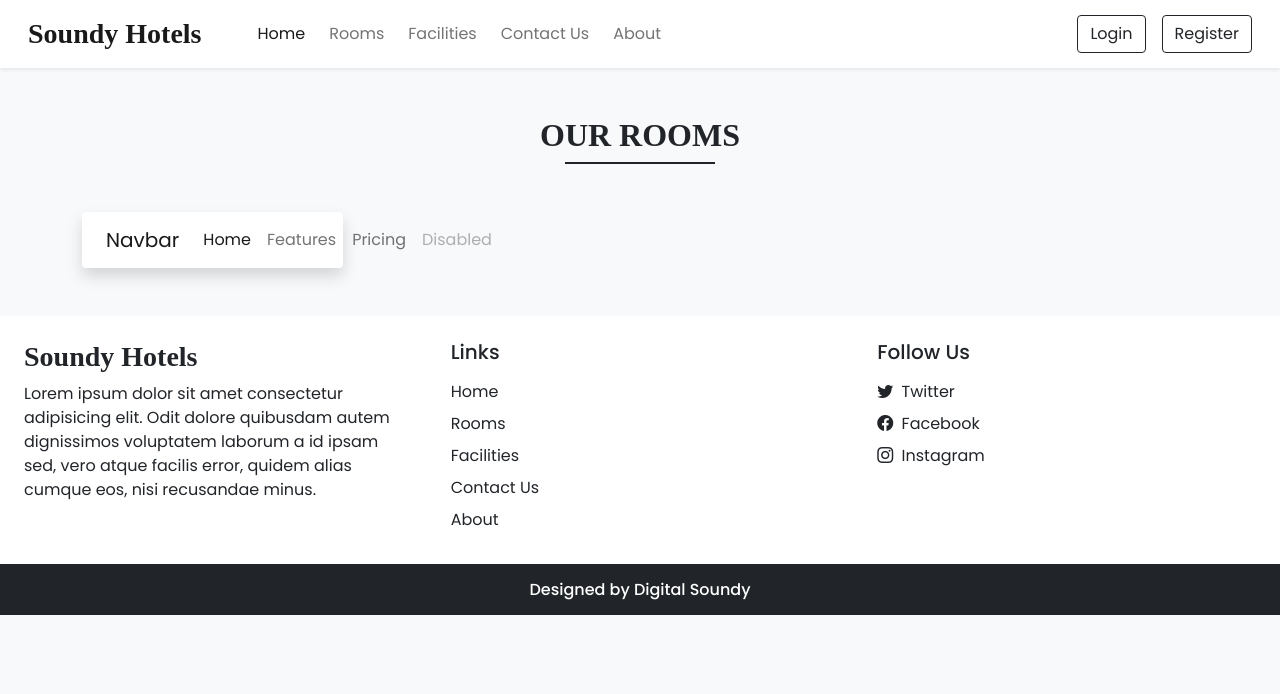
Repository: spencersoundy/Hotel-Booking-App
Page: http://localhost/rooms.php
The author's editor kept a copy of each file at every save. The page is drawn from the files as they stood at one save, then again after a run of saves.
The browser window is 1280 px wide. The pictures show the whole page.
Some web fonts or font styles are not loaded; a fallback is used. The page is run by PHP 8.4 with error messages shown; the project is at /var/www/html/.

Above is the page before, as saved 2023-08-05 00:29:14.

### rooms.php
<!DOCTYPE html>
<html lang="en">
<head>
    <meta charset="UTF-8">
    <meta http-equiv="X-UA-Compatible" content="IE=edge">
    <meta name="viewport" content="width=device-width, initial-scale=1.0">
    <title>Soundy Hotels - CONTACT</title>
    <?php require('inc/links.php') ?>
</head>
<body class="bg-light">

<?php require('inc/header.php') ?>

<div class="my-5 px-4">
    <h2 class="fw-bold h-font text-center">OUR ROOMS</h2>
    <div class="h-line bg-dark"></div>
</div>

<div class="container">
    <div class="row">

       <div class="col-lg-3">
        <nav class="navbar navbar-expand-lg navbar-light bg-white rounded shadow">
            <div class="container-fluid">
                <a class="navbar-brand" href="#">Navbar</a>
                <button class="navbar-toggler" type="button" data-bs-toggle="collapse" data-bs-target="#navbarNav" aria-controls="navbarNav" aria-expanded="false" aria-label="Toggle navigation">
                <span class="navbar-toggler-icon"></span>
                </button>
                <div class="collapse navbar-collapse" id="navbarNav">
                <ul class="navbar-nav">
                    <li class="nav-item">
                    <a class="nav-link active" aria-current="page" href="#">Home</a>
                    </li>
                    <li class="nav-item">
                    <a class="nav-link" href="#">Features</a>
                    </li>
                    <li class="nav-item">
                    <a class="nav-link" href="#">Pricing</a>
                    </li>
                    <li class="nav-item">
                    <a class="nav-link disabled">Disabled</a>
                    </li>
                </ul>
                </div>
            </div>
        </nav>
       </div>

    </div>
</div>

<?php require('inc/footer.php')?>

</body>
</html>

### inc/links.php
<link href="https://cdn.jsdelivr.net/npm/bootstrap@5.0.2/dist/css/bootstrap.min.css" rel="stylesheet" integrity="sha384-EVSTQN3/azprG1Anm3QDgpJLIm9Nao0Yz1ztcQTwFspd3yD65VohhpuuCOmLASjC" crossorigin="anonymous">
<link href="https://fonts.googleapis.com/css2?family=Merienda:wght@400;700&family=Poppins:wght@400;500;600&display=swap" rel="stylesheet">
<link rel="stylesheet" href="https://cdn.jsdelivr.net/npm/bootstrap-icons@1.10.5/font/bootstrap-icons.css">
<link rel="stylesheet" href="css/common.css"/>

### inc/header.php
<nav class="navbar navbar-expand-lg navbar-light bg-white px-lg-3 py-lg-2 shadow-sm sticky-top">
    <div class="container-fluid">
        <a class="navbar-brand me-5 fw-bold fs-3 h-font" href="index.php">Soundy Hotels</a>
        <button class="navbar-toggler shadow-none" type="button" data-bs-toggle="collapse" data-bs-target="#navbarSupportedContent" aria-controls="navbarSupportedContent" aria-expanded="false" aria-label="Toggle navigation">
        <span class="navbar-toggler-icon"></span>
        </button>
        <div class="collapse navbar-collapse" id="navbarSupportedContent">
        <ul class="navbar-nav me-auto mb-2 mb-lg-0">
            <li class="nav-item">
            <a class="nav-link active me-2" aria-current="page" href="index.php">Home</a>
            </li>
            <li class="nav-item">
            <a class="nav-link me-2" href="rooms.php">Rooms</a>
            </li>
            <li class="nav-item">
            <a class="nav-link me-2" href="facilities.php">Facilities</a>
            </li><li class="nav-item">
            <a class="nav-link me-2" href="contact.php">Contact Us</a>
            </li><li class="nav-item">
            <a class="nav-link" href="about.php">About</a>
            </li>
        </ul>
        <div class="d-flex">
            <button type="button" class="btn btn-outline-dark shadow-none me-lg-3 me-2" data-bs-toggle="modal" data-bs-target="#loginModal">
                Login
            </button>
            <button type="button" class="btn btn-outline-dark shadow-none" data-bs-toggle="modal" data-bs-target="#registerModal">
                Register
            </button>
        </div>
        </div>
    </div>
    </nav>

    <div class="modal fade" id="loginModal" data-bs-backdrop="static" data-bs-keyboard="false" tabindex="-1" aria-labelledby="staticBackdropLabel" aria-hidden="true">
        <div class="modal-dialog">
            <div class="modal-content">
                <form>
                    <div class="modal-header">
                        <h5 class="modal-title d-flex align-items-center">
                            <i class="bi bi-person-circle fs-3 me-2"></i> User Login
                        </h5>
                        <button type="reset" class="btn-close shadow-none" data-bs-dismiss="modal" aria-label="Close"></button>
                    </div>
                    <div class="modal-body">
                    <div class="mb-3">
                        <label class="form-label">Email address</label>
                        <input type="email" class="form-control shadow-none">
                    </div>
                    <div class="mb-4">
                        <label class="form-label">Password</label>
                        <input type="password" class="form-control shadow-none">
                    </div>
                        <div class="d-flex align-items-center justify-content-between mb-2">
                            <button type="submit" class="btn btn-dark shadow-none">LOGIN</button>
                            <a href="javascript: void(0)" class="text-secondary text-decoration-none">Forgot Password?</a>
                        </div>
                    </div>
                </form>
            </div>
        </div>
    </div>

    <div class="modal fade" id="registerModal" data-bs-backdrop="static" data-bs-keyboard="false" tabindex="-1" aria-labelledby="staticBackdropLabel" aria-hidden="true">
        <div class="modal-dialog modal-lg">
            <div class="modal-content">
                <form>
            <div class="modal-header">
                <h5 class="modal-title d-fle align-items-center">
                    <i class="bi bi-person-lines-fill fs-3 me-2"></i> User Registration
                </h5>
                <button type="reset" class="btn-close shadow-none" data-bs-dismiss="modal" aria-label="Close"></button>
            </div>
            <div class="modal-body">
                <span class="badge rounded-pill bg-light text-dark mb-3 text-wrap lh-base">
                    Note: Your details must match with your ID (ID book/card, passport, drivers license, etc.)
                    that will be required during check-in.
                </span>
                <div class="container-fluid">
                    <div class="row">
                        <div class="col-md-6 ps-0 mb-3">
                            <label class="form-label">Name</label>
                            <input type="text" class="form-control shadow-none">
                        </div>
                        <div class="col-md-6 p-0 mb-3">
                            <label class="form-label">Email</label>
                            <input type="email" class="form-control shadow-none">
                        </div>
                        <div class="col-md-6 ps-0 mb-3">
                            <label class="form-label">Phone Number</label>
                            <input type="number" class="form-control shadow-none">
                        </div>
                        <div class="col-md-6 p-0 mb-3">
                            <label class="form-label">Picture</label>
                            <input type="file" class="form-control shadow-none">
                        </div>
                        <div class="col-md-12 p-0 mb-3">
                            <label class="form-label">Address</label>
                            <textarea class="form-control shadow-none" rows="1"></textarea>
                        </div>
                        <div class="col-md-6 ps-0 mb-3">
                            <label class="form-label">Pincode</label>
                            <input type="number" class="form-control shadow-none">
                        </div>
                        <div class="col-md-6 p-0 mb-3">
                            <label class="form-label">Date of birth</label>
                            <input type="date" class="form-control shadow-none">
                        </div>
                        <div class="col-md-6 ps-0 mb-3">
                            <label class="form-label">Password</label>
                            <input type="password" class="form-control shadow-none">
                        </div>
                        <div class="col-md-6 p-0 mb-3">
                            <label class="form-label">Confirm Password</label>
                            <input type="password" class="form-control shadow-none">
                        </div>
                    </div>
                </div>
                <div class="text-center my-1">
                    <button type="submit" class="btn btn-dark shadow-none">REGISTER</button>
                </div>
            </div>
            </form>
            </div>
  </div>
</div>

### inc/footer.php
<div class="container-fluid bg-white mt-5">

        <div class="row">
            <div class="col-lg-4 p-4">
                <h3 class="h-font fw-bold fs-3 mb-2">Soundy Hotels</h3>
                <p>
                    Lorem ipsum dolor sit amet consectetur adipisicing elit.
                    Odit dolore quibusdam autem dignissimos voluptatem laborum a id ipsam sed,
                    vero atque facilis error, quidem alias cumque eos, nisi recusandae minus.
                </p>
            </div>
            <div class="col-lg-4 p-4">
                <h5 class="mb-3">Links</h5>
                <a href="#" class="d-inline-block mb-2 text-dark text-decoration-none">Home</a><br>
                <a href="#" class="d-inline-block mb-2 text-dark text-decoration-none">Rooms</a><br>
                <a href="#" class="d-inline-block mb-2 text-dark text-decoration-none">Facilities</a><br>
                <a href="#" class="d-inline-block mb-2 text-dark text-decoration-none">Contact Us</a><br>
                <a href="#" class="d-inline-block mb-2 text-dark text-decoration-none">About</a>
            </div>
            <div class="col-lg-4 p-4">
                <h5 class="mb-3">Follow Us</h5>
                <a href="#" class="d-inline-block text-dark text-decoration-none mb-2">
                    <i class="bi bi-twitter me-1"></i> Twitter
                </a><br>
                <a href="#" class="d-inline-block text-dark text-decoration-none mb-2">
                    <i class="bi bi-facebook me-1"></i> Facebook
                </a><br>
                <a href="#" class="d-inline-block text-dark text-decoration-none">
                    <i class="bi bi-instagram me-1"></i> Instagram
                </a><br>
            </div>
        </div>
    </div>
</div>

    <h6 class="text-center bg-dark text-white p-3 m-0">Designed by Digital Soundy</h6>

    <script src="https://cdn.jsdelivr.net/npm/bootstrap@5.0.2/dist/js/bootstrap.bundle.min.js" integrity="sha384-MrcW6ZMFYlzcLA8Nl+NtUVF0sA7MsXsP1UyJoMp4YLEuNSfAP+JcXn/tWtIaxVXM" crossorigin="anonymous"></script>

### css/common.css
:root{
    --teal: #2ec1ac;
    --teal_hover: #279e8c;
}

*{
    font-family: 'Poppins', sans-serif;
}
.h-font{
    font-family: 'Merienda', cursive;
}

input::-webkit-outer-spin-button,
input::-webkit-inner-spin-button {
-webkit-appearance: none;
margin: 0;
}

input[type=number] {
-moz-appearance: textfield;
}

.custom-bg{
    background-color: var(--teal);
    border: 1px solid var(--teal);
}
.custom-bg:hover{
    background-color: var(--teal_hover);
    border-color: var(--teal_hover);
}

.h-line{
    width: 150px;
    margin: 0 auto;
    height: 1.7px;
}

After the next 5 saves:
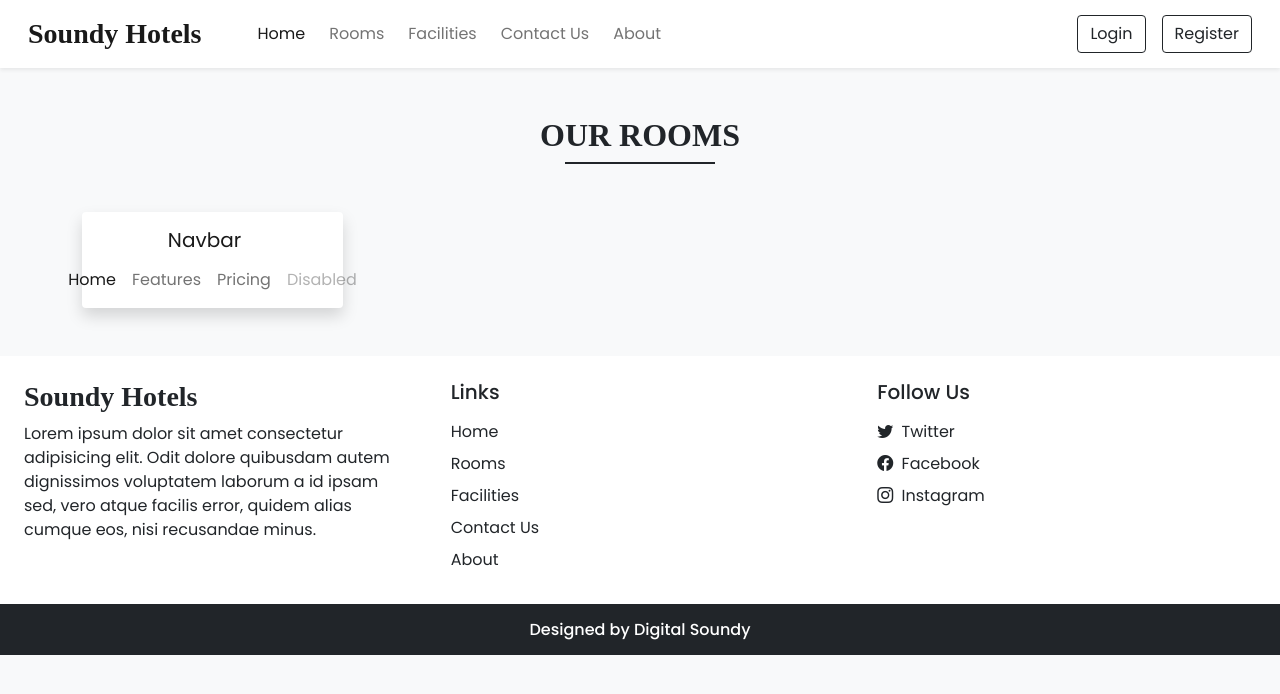
The 5 saves are shown as one change because they came seconds apart.
The last was saved 18 s later.
--- a/rooms.php
+++ b/rooms.php
@@ -21,7 +21,7 @@
 
        <div class="col-lg-3">
         <nav class="navbar navbar-expand-lg navbar-light bg-white rounded shadow">
-            <div class="container-fluid">
+            <div class="container-fluid flex-lg-column">
                 <a class="navbar-brand" href="#">Navbar</a>
                 <button class="navbar-toggler" type="button" data-bs-toggle="collapse" data-bs-target="#navbarNav" aria-controls="navbarNav" aria-expanded="false" aria-label="Toggle navigation">
                 <span class="navbar-toggler-icon"></span>
